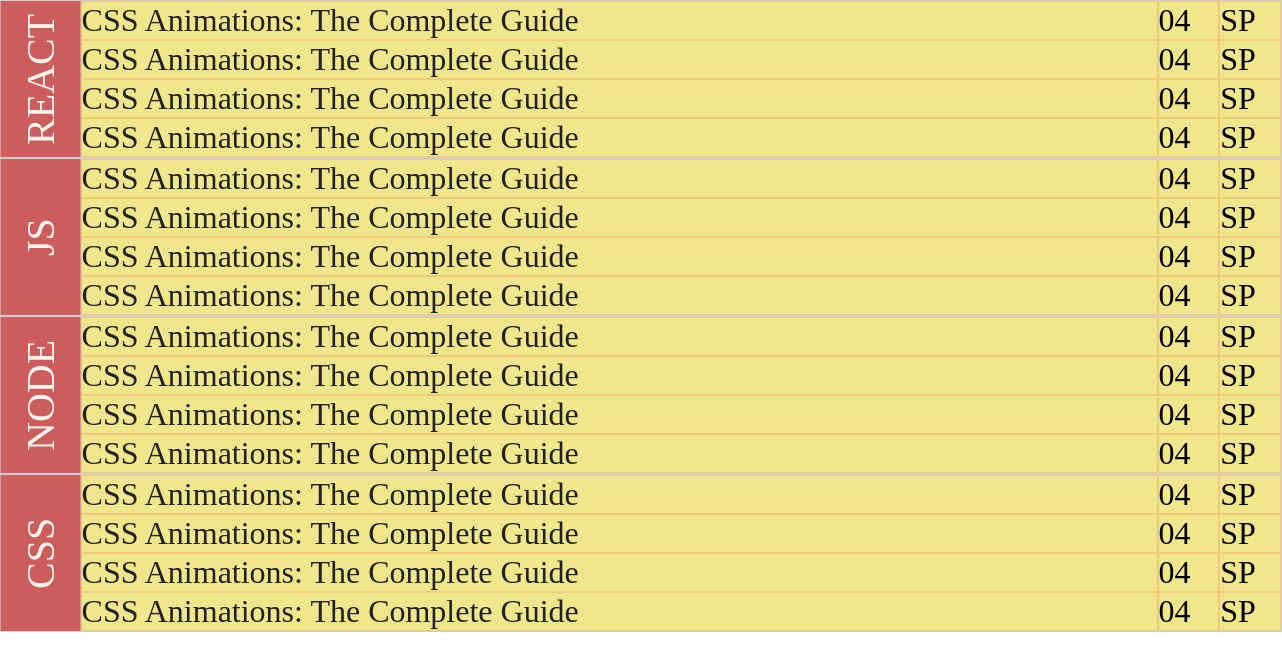
Repository: ClementLight/plan
Page: codicrs.html
An editor plug-in stored every save of this project. The page is shown before and after the next save, followed by the edit.
The browser window is 1280 px wide. The page is 1282 px wide, then 1280 px, then 1282 px, so the pictures cover 1282 px, including what lies to the right of the window. The pictures show the whole page.

Above is the page before, as saved 2020-08-21 14:15:38.

### codicrs.html
<!DOCTYPE html>
<html lang="en">
  <head>
    <meta charset="UTF-8" />
    <meta name="viewport" content="width=device-width, initial-scale=1.0" />
    <title>Document</title>
    <style>
      body {
        padding: 0;
        margin: 0;
        box-sizing: border-box;
      }
      .maincontainers {
        display: flex;
        width: 100%;
        background: gainsboro;
        border: 1px solid #21212112;
      }

      .lessontype {
        flex-basis: 5%;
        font-size: 2.5rem;
        border: rgba(255, 255, 255, 0.05) 1px solid;
        background-color: indianred;
        /* background: none; */
        color: seashell;
        transform: rotate(-180deg);
        /* transform-origin: 0 0; */
        display: flex;
        /* position: relative; */
        /* height: 100%; */
        writing-mode: vertical-rl;
        padding: 1vh;
        align-items: center;
        justify-content: center;
      }

      .lessons {
        flex-basis: 95%;
        display: flex;
        flex-direction: column;
        font-size: 2rem;
        background-color: khaki;
        position: relative;
      }
      .lesson {
        display: flex;
      }
      .lessonname {
        flex-basis: 90%;
        border: #ff000020 0.5px solid;
      }
      .account {
        flex-basis: 5%;
        border: #ff000020 0.5px solid;
      }
      .hours {
        flex-basis: 5%;
        border: #ff000020 0.5px solid;
      }
      a:link {
        color: #212121;
        text-decoration: none;
      }

      a:visited {
        color: #212121;
        text-decoration: none;
      }

      a:hover {
        text-decoration: none;
      }

      a:active {
        text-decoration: none;
      }
    </style>
  </head>
  <body>
    <section class="maincontainers">
      <div class="lessontype">REACT</div>
      <div class="lessons">
        <div class="lesson">
          <a class="lessonname" href="https://www.udemy.com/course/css-animations-the-complete-guide/learn/lecture/21443216#overview">CSS Animations: The Complete Guide</a>
          <span class="hours">04</span>
          <span class="account">SP</span>
        </div>
        <div class="lesson">
          <a class="lessonname" href="https://www.udemy.com/course/css-animations-the-complete-guide/learn/lecture/21443216#overview">CSS Animations: The Complete Guide</a>
          <span class="hours">04</span>
          <span class="account">SP</span>
        </div>
        <div class="lesson">
          <a class="lessonname" href="https://www.udemy.com/course/css-animations-the-complete-guide/learn/lecture/21443216#overview">CSS Animations: The Complete Guide</a>
          <span class="hours">04</span>
          <span class="account">SP</span>
        </div>
        <div class="lesson">
          <a class="lessonname" href="https://www.udemy.com/course/css-animations-the-complete-guide/learn/lecture/21443216#overview">CSS Animations: The Complete Guide</a>
          <span class="hours">04</span>
          <span class="account">SP</span>
        </div>
      </div>
    </section>
    <section class="maincontainers">
      <div class="lessontype">JS</div>
      <div class="lessons">
        <div class="lesson">
          <a class="lessonname" href="https://www.udemy.com/course/css-animations-the-complete-guide/learn/lecture/21443216#overview">CSS Animations: The Complete Guide</a>
          <span class="hours">04</span>
          <span class="account">SP</span>
        </div>
        <div class="lesson">
          <a class="lessonname" href="https://www.udemy.com/course/css-animations-the-complete-guide/learn/lecture/21443216#overview">CSS Animations: The Complete Guide</a>
          <span class="hours">04</span>
          <span class="account">SP</span>
        </div>
        <div class="lesson">
          <a class="lessonname" href="https://www.udemy.com/course/css-animations-the-complete-guide/learn/lecture/21443216#overview">CSS Animations: The Complete Guide</a>
          <span class="hours">04</span>
          <span class="account">SP</span>
        </div>
        <div class="lesson">
          <a class="lessonname" href="https://www.udemy.com/course/css-animations-the-complete-guide/learn/lecture/21443216#overview">CSS Animations: The Complete Guide</a>
          <span class="hours">04</span>
          <span class="account">SP</span>
        </div>
      </div>
    </section>
    <section class="maincontainers">
      <div class="lessontype">NODE</div>
      <div class="lessons">
        <div class="lesson">
          <a class="lessonname" href="https://www.udemy.com/course/css-animations-the-complete-guide/learn/lecture/21443216#overview">CSS Animations: The Complete Guide</a>
          <span class="hours">04</span>
          <span class="account">SP</span>
        </div>
        <div class="lesson">
          <a class="lessonname" href="https://www.udemy.com/course/css-animations-the-complete-guide/learn/lecture/21443216#overview">CSS Animations: The Complete Guide</a>
          <span class="hours">04</span>
          <span class="account">SP</span>
        </div>
        <div class="lesson">
          <a class="lessonname" href="https://www.udemy.com/course/css-animations-the-complete-guide/learn/lecture/21443216#overview">CSS Animations: The Complete Guide</a>
          <span class="hours">04</span>
          <span class="account">SP</span>
        </div>
        <div class="lesson">
          <a class="lessonname" href="https://www.udemy.com/course/css-animations-the-complete-guide/learn/lecture/21443216#overview">CSS Animations: The Complete Guide</a>
          <span class="hours">04</span>
          <span class="account">SP</span>
        </div>
      </div>
    </section>
    <section class="maincontainers">
      <div class="lessontype">CSS</div>
      <div class="lessons">
        <div class="lesson">
          <a class="lessonname" href="https://www.udemy.com/course/css-animations-the-complete-guide/learn/lecture/21443216#overview">CSS Animations: The Complete Guide</a>
          <span class="hours">04</span>
          <span class="account">SP</span>
        </div>
        <div class="lesson">
          <a class="lessonname" href="https://www.udemy.com/course/css-animations-the-complete-guide/learn/lecture/21443216#overview">CSS Animations: The Complete Guide</a>
          <span class="hours">04</span>
          <span class="account">SP</span>
        </div>
        <div class="lesson">
          <a class="lessonname" href="https://www.udemy.com/course/css-animations-the-complete-guide/learn/lecture/21443216#overview">CSS Animations: The Complete Guide</a>
          <span class="hours">04</span>
          <span class="account">SP</span>
        </div>
        <div class="lesson">
          <a class="lessonname" href="https://www.udemy.com/course/css-animations-the-complete-guide/learn/lecture/21443216#overview">CSS Animations: The Complete Guide</a>
          <span class="hours">04</span>
          <span class="account">SP</span>
        </div>
      </div>
    </section>
  </body>
</html>

After the next save:
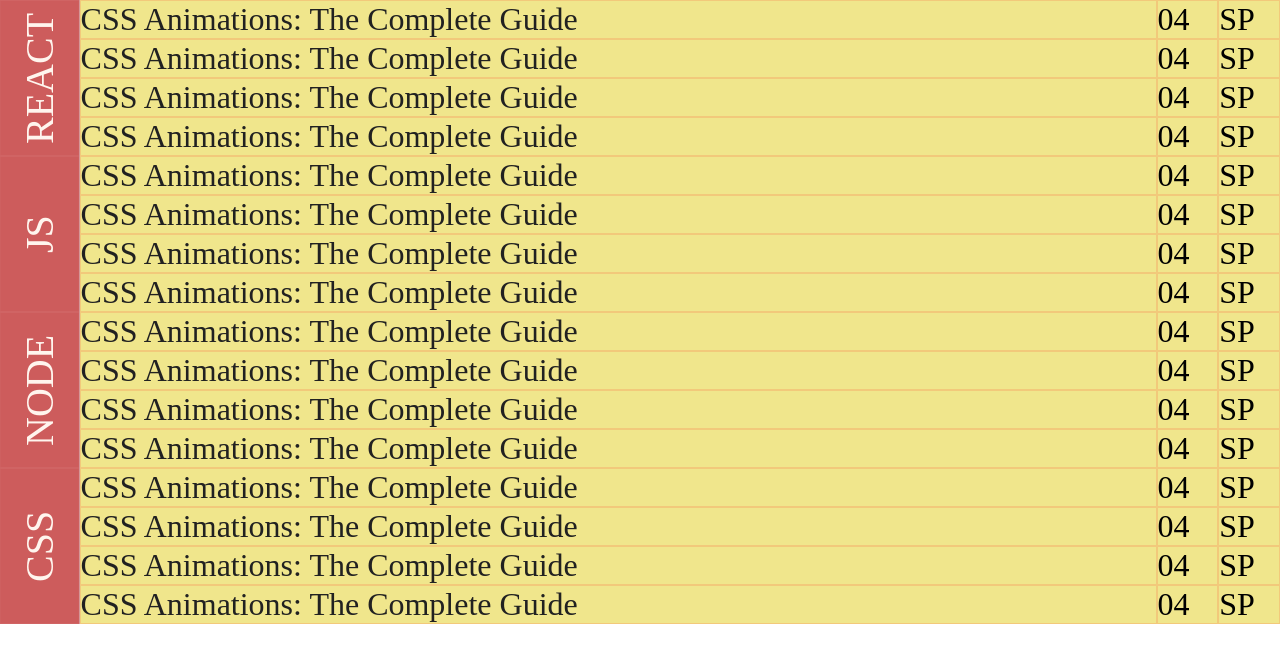
Saved 6 s later.
--- a/codicrs.html
+++ b/codicrs.html
@@ -14,7 +14,7 @@
         display: flex;
         width: 100%;
         background: gainsboro;
-        border: 1px solid #21212112;
+        border: 1px solid #2121215;
       }
 
       .lessontype {

After the save that followed:
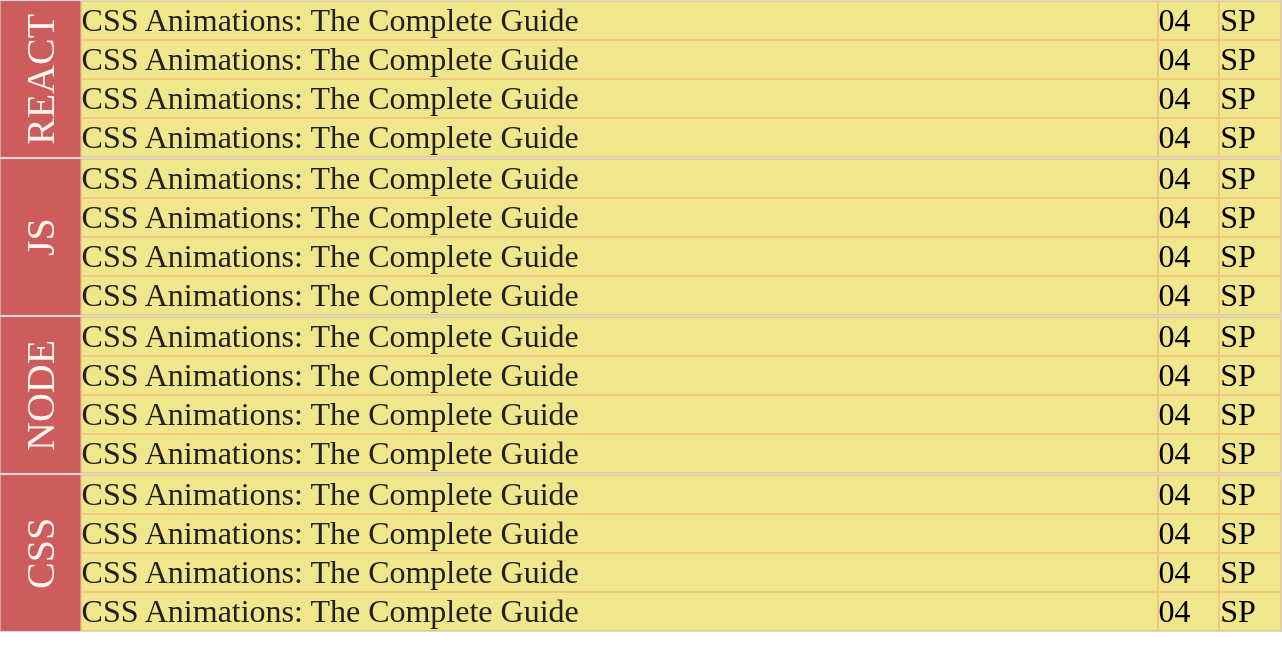
Saved 4 s later.
--- a/codicrs.html
+++ b/codicrs.html
@@ -14,7 +14,7 @@
         display: flex;
         width: 100%;
         background: gainsboro;
-        border: 1px solid #2121215;
+        border: 1px solid #21212105;
       }
 
       .lessontype {
